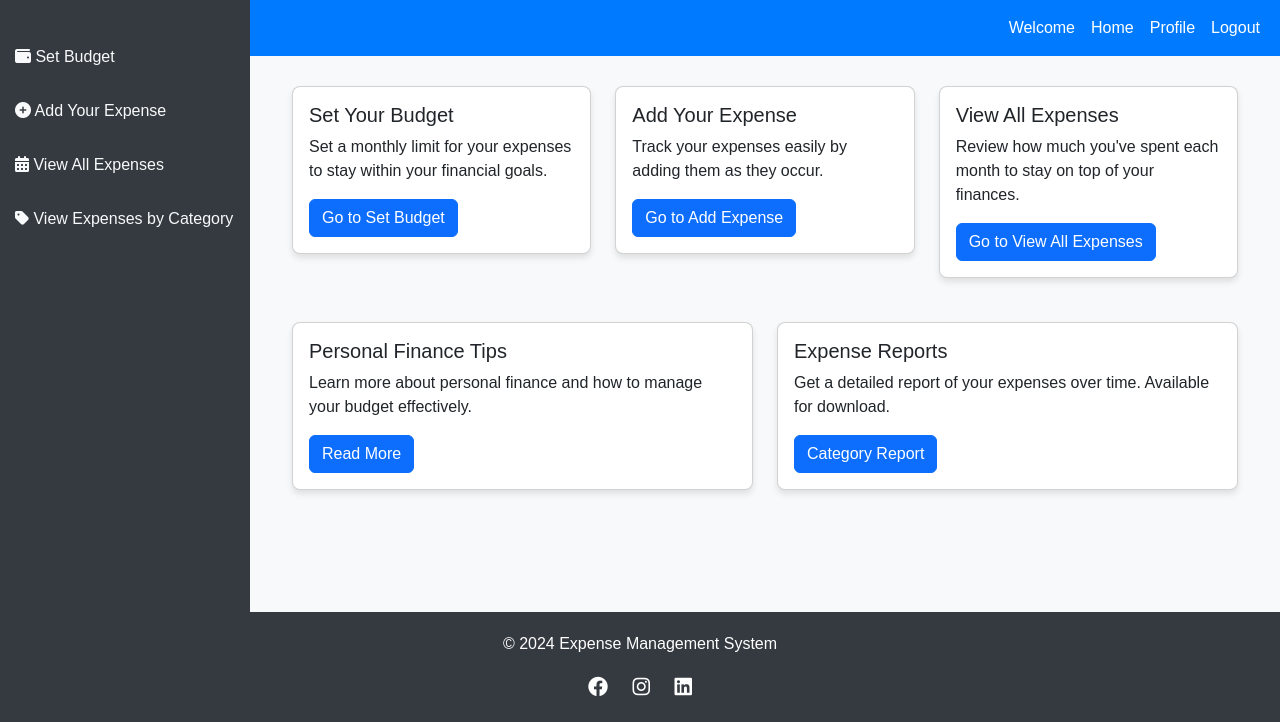
Repository: omlokhande1212/Expense-management
Page: expense/Demo/src/main/webapp/userdashboard.html
An editor plug-in stored every save of this project. The page is shown before and after the next save, followed by the edit.
The browser window is 1280 px wide. The pictures show the whole page.

Above is the page before, as saved 2024-11-24 05:49:07.

### expense/Demo/src/main/webapp/userdashboard.html
<!DOCTYPE html>
<html lang="en">
<head>
  <meta charset="UTF-8">
  <meta name="viewport" content="width=device-width, initial-scale=1.0">
  <title>User Dashboard</title>
  <!-- Bootstrap CSS -->
  <link href="https://cdn.jsdelivr.net/npm/bootstrap@5.3.0-alpha1/dist/css/bootstrap.min.css" rel="stylesheet">
  <!-- Font Awesome for icons -->
  <link href="https://cdnjs.cloudflare.com/ajax/libs/font-awesome/6.0.0-beta3/css/all.min.css" rel="stylesheet">
  <!-- Custom Styles -->
  <style>
    body {
      font-family: 'Arial', sans-serif;
      background-color: #f8f9fa;
    }

    .navbar {
      background-color: #007BFF;
    }

    .navbar .navbar-brand, .navbar-nav .nav-link {
      color: white;
    }

    /* Sidebar Styles */
    .sidebar {
      background-color: #343a40;
      color: white;
      min-height: 100vh;
      position: fixed;
      top: 0;
      left: 0;
      width: 250px;
      padding-top: 30px;
      transition: all 0.3s;
      z-index: 1000;
    }

    .sidebar a {
      color: #f8f9fa;
      padding: 15px;
      text-decoration: none;
      display: block;
      transition: all 0.3s;
    }

    .sidebar a:hover {
      background-color: #007BFF;
      color: white;
    }

    .sidebar-toggle {
      display: none;
    }

    /* Main content wrapper with sidebar margin */
    .content-wrapper {
      margin-left: 250px;
      padding: 30px;
      transition: all 0.3s;
    }

    /* Responsive adjustments for sidebar */
    @media (max-width: 992px) {
      .sidebar {
        left: -250px;
      }

      .sidebar.open {
        left: 0;
      }

      .sidebar-toggle {
        display: inline-block;
        color: white;
        font-size: 24px;
        cursor: pointer;
      }

      .content-wrapper {
        margin-left: 0;
        padding: 20px;
      }

      /* Overlay effect for sidebar */
      .overlay {
        display: none;
        position: fixed;
        top: 0;
        left: 0;
        width: 100%;
        height: 100%;
        background: rgba(0, 0, 0, 0.5);
        z-index: 999;
      }

      .overlay.show {
        display: block;
      }
    }

    /* Responsive Footer */
    .footer {
      background-color: #343a40;
      color: white;
      padding: 20px;
      text-align: center;
    }

    .social-icons a {
      color: white;
      font-size: 20px;
      margin: 0 10px;
    }

    /* Footer placement for all screen sizes */
    @media (max-width: 576px) {
      .footer {
        padding: 15px;
        font-size: 0.9rem;
      }

      .social-icons a {
        font-size: 16px;
      }
    }

    /* Responsive Layout */
    .card {
      width: 100%;
      margin-bottom: 20px;
      border-radius: 8px;
      box-shadow: 0 4px 6px rgba(0, 0, 0, 0.1);
    }
  </style>
</head>
<body>

  <!-- Header Section -->
  <nav class="navbar navbar-expand-lg navbar-dark">
    <div class="container-fluid">
      <a class="navbar-brand" href="#">Expense Manager</a>
      <span class="navbar-toggler sidebar-toggle" onclick="toggleSidebar()">
        <i class="fas fa-bars"></i>
      </span>
      <div class="collapse navbar-collapse">
        <ul class="navbar-nav ms-auto">
          <li class="nav-item"><a class="nav-link" href="#">Welcome</a></li>
          <li class="nav-item"><a class="nav-link" href="userdashboard.html">Home</a></li>
          <li class="nav-item"><a class="nav-link" href="profile.jsp">Profile</a></li>
          <li class="nav-item"><a class="nav-link" href="logout.html">Logout</a></li>
        </ul>
      </div>
    </div>
  </nav>

  <!-- Sidebar Section -->
  <div class="overlay" onclick="toggleSidebar()"></div>
  <aside class="sidebar">
    <a href="setBudget.jsp"><i class="fas fa-wallet"></i> Set Budget</a>
    <a href="addExpense.jsp"><i class="fas fa-plus-circle"></i> Add Your Expense</a>
    <a href="ViewExpenses.jsp"><i class="fas fa-calendar-alt"></i> View All Expenses </a>
    <a href="report.jsp"><i class="fas fa-tag"></i> View Expenses by Category</a>
  </aside>

  <!-- Main Content Section -->
 <div class="content-wrapper">
    <div class="container-fluid main-content">
      <!-- Info Cards -->
      <div class="row">
        <div class="col-md-6 col-lg-4 mb-4">
          <div class="card">
            <div class="card-body">
              <h5 class="card-title">Set Your Budget</h5>
              <p>Set a monthly limit for your expenses to stay within your financial goals.</p>
              <a href="setBudget.jsp" class="btn btn-primary">Go to Set Budget</a>
            </div>
          </div>
        </div>
        <div class="col-md-6 col-lg-4 mb-4">
          <div class="card">
            <div class="card-body">
              <h5 class="card-title">Add Your Expense</h5>
              <p>Track your expenses easily by adding them as they occur.</p>
              <a href="addExpense.jsp" class="btn btn-primary">Go to Add Expense</a>
            </div>
          </div>
        </div>
        <div class="col-md-6 col-lg-4 mb-4">
          <div class="card">
            <div class="card-body">
              <h5 class="card-title">View All Expenses</h5>
              <p>Review how much you've spent each month to stay on top of your finances.</p>
              <a href="ViewExpenses.jsp" class="btn btn-primary">Go to View All Expenses</a>
            </div>
          </div>
        </div>
      </div>

      <!-- Additional Info Section -->
      <div class="row">
        <div class="col-md-6 mb-4">
          <div class="card">
            <div class="card-body">
              <h5 class="card-title">Personal Finance Tips</h5>
              <p>Learn more about personal finance and how to manage your budget effectively.</p>
              <a href="finincialtips.html" class="btn btn-primary">Read More</a>
            </div>
          </div>
        </div>
        <div class="col-md-6 mb-4">
          <div class="card">
            <div class="card-body">
              <h5 class="card-title">Expense Reports</h5>
              <p>Get a detailed report of your expenses over time. Available for download.</p>
              <a href="report.jsp" class="btn btn-primary">Category Report</a>
            </div>
          </div>
        </div>
      </div>
    </div>
  </div>


  <!-- Footer Section -->
  <footer class="footer mt-5">
    <div class="container text-center">
      <p>&copy; 2024 Expense Management System</p>
      <div class="social-icons">
        <a href="https://facebook.com" target="_blank"><i class="fab fa-facebook"></i></a>
        <a href="https://instagram.com" target="_blank"><i class="fab fa-instagram"></i></a>
        <a href="https://linkedin.com" target="_blank"><i class="fab fa-linkedin"></i></a>
      </div>
    </div>
  </footer>

  <!-- Bootstrap JS, Popper.js -->
  <script src="https://cdn.jsdelivr.net/npm/@popperjs/core@2.11.6/dist/umd/popper.min.js"></script>
  <script src="https://cdn.jsdelivr.net/npm/bootstrap@5.3.0-alpha1/dist/js/bootstrap.min.js"></script>

  <script>
    // Toggle Sidebar and overlay
    function toggleSidebar() {
      document.querySelector('.sidebar').classList.toggle('open');
      document.querySelector('.overlay').classList.toggle('show');
    }
  </script>
</body>
</html>

After the next save:
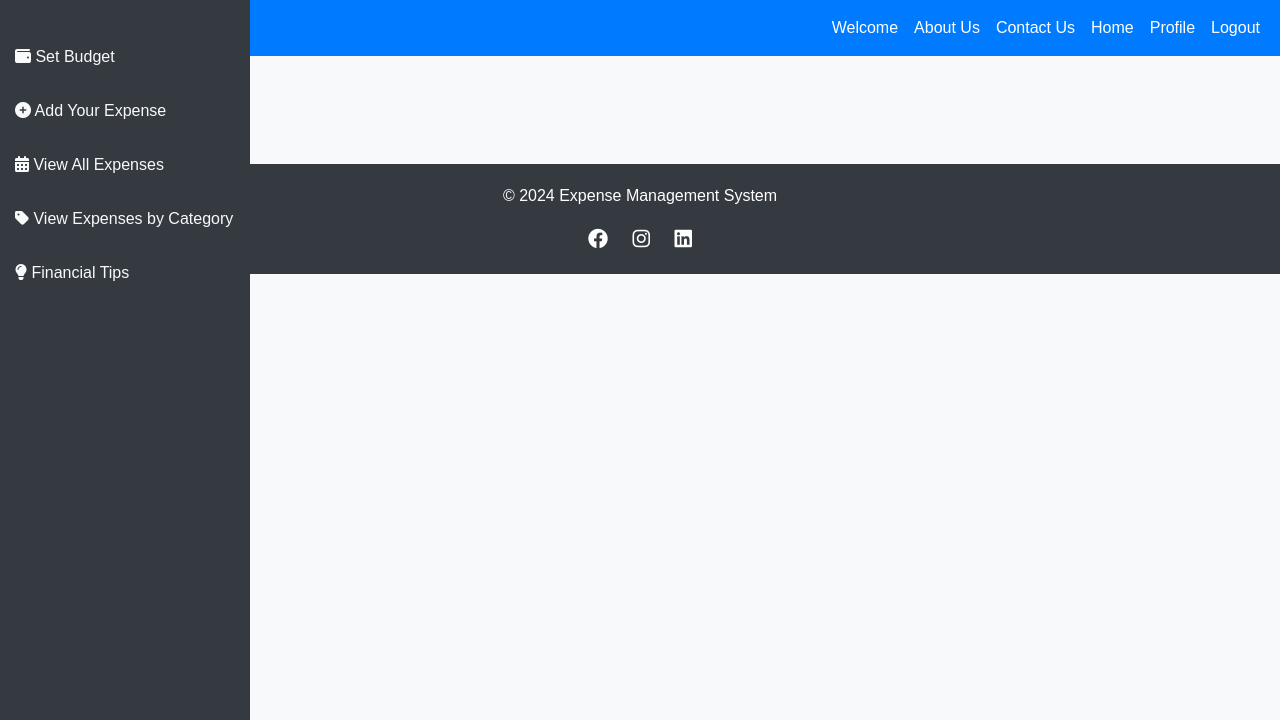
Saved 5 min 9 s later.
--- a/expense/Demo/src/main/webapp/userdashboard.html
+++ b/expense/Demo/src/main/webapp/userdashboard.html
@@ -125,14 +125,6 @@
         font-size: 16px;
       }
     }
-
-    /* Responsive Layout */
-    .card {
-      width: 100%;
-      margin-bottom: 20px;
-      border-radius: 8px;
-      box-shadow: 0 4px 6px rgba(0, 0, 0, 0.1);
-    }
   </style>
 </head>
 <body>
@@ -147,6 +139,8 @@
       <div class="collapse navbar-collapse">
         <ul class="navbar-nav ms-auto">
           <li class="nav-item"><a class="nav-link" href="#">Welcome</a></li>
+          <li class="nav-item"><a class="nav-link" href="aboutus.html">About Us</a></li>
+          <li class="nav-item"><a class="nav-link" href="contactus.html">Contact Us</a></li>
           <li class="nav-item"><a class="nav-link" href="userdashboard.html">Home</a></li>
           <li class="nav-item"><a class="nav-link" href="profile.jsp">Profile</a></li>
           <li class="nav-item"><a class="nav-link" href="logout.html">Logout</a></li>
@@ -160,68 +154,17 @@
   <aside class="sidebar">
     <a href="setBudget.jsp"><i class="fas fa-wallet"></i> Set Budget</a>
     <a href="addExpense.jsp"><i class="fas fa-plus-circle"></i> Add Your Expense</a>
-    <a href="ViewExpenses.jsp"><i class="fas fa-calendar-alt"></i> View All Expenses </a>
+    <a href="ViewExpenses.jsp"><i class="fas fa-calendar-alt"></i> View All Expenses</a>
     <a href="report.jsp"><i class="fas fa-tag"></i> View Expenses by Category</a>
+    <a href="financialtips.html"><i class="fas fa-lightbulb"></i> Financial Tips</a>
   </aside>
 
   <!-- Main Content Section -->
- <div class="content-wrapper">
+  <div class="content-wrapper">
     <div class="container-fluid main-content">
-      <!-- Info Cards -->
-      <div class="row">
-        <div class="col-md-6 col-lg-4 mb-4">
-          <div class="card">
-            <div class="card-body">
-              <h5 class="card-title">Set Your Budget</h5>
-              <p>Set a monthly limit for your expenses to stay within your financial goals.</p>
-              <a href="setBudget.jsp" class="btn btn-primary">Go to Set Budget</a>
-            </div>
-          </div>
-        </div>
-        <div class="col-md-6 col-lg-4 mb-4">
-          <div class="card">
-            <div class="card-body">
-              <h5 class="card-title">Add Your Expense</h5>
-              <p>Track your expenses easily by adding them as they occur.</p>
-              <a href="addExpense.jsp" class="btn btn-primary">Go to Add Expense</a>
-            </div>
-          </div>
-        </div>
-        <div class="col-md-6 col-lg-4 mb-4">
-          <div class="card">
-            <div class="card-body">
-              <h5 class="card-title">View All Expenses</h5>
-              <p>Review how much you've spent each month to stay on top of your finances.</p>
-              <a href="ViewExpenses.jsp" class="btn btn-primary">Go to View All Expenses</a>
-            </div>
-          </div>
-        </div>
-      </div>
-
-      <!-- Additional Info Section -->
-      <div class="row">
-        <div class="col-md-6 mb-4">
-          <div class="card">
-            <div class="card-body">
-              <h5 class="card-title">Personal Finance Tips</h5>
-              <p>Learn more about personal finance and how to manage your budget effectively.</p>
-              <a href="finincialtips.html" class="btn btn-primary">Read More</a>
-            </div>
-          </div>
-        </div>
-        <div class="col-md-6 mb-4">
-          <div class="card">
-            <div class="card-body">
-              <h5 class="card-title">Expense Reports</h5>
-              <p>Get a detailed report of your expenses over time. Available for download.</p>
-              <a href="report.jsp" class="btn btn-primary">Category Report</a>
-            </div>
-          </div>
-        </div>
-      </div>
+      <!-- Main content remains unchanged -->
     </div>
   </div>
-
 
   <!-- Footer Section -->
   <footer class="footer mt-5">
